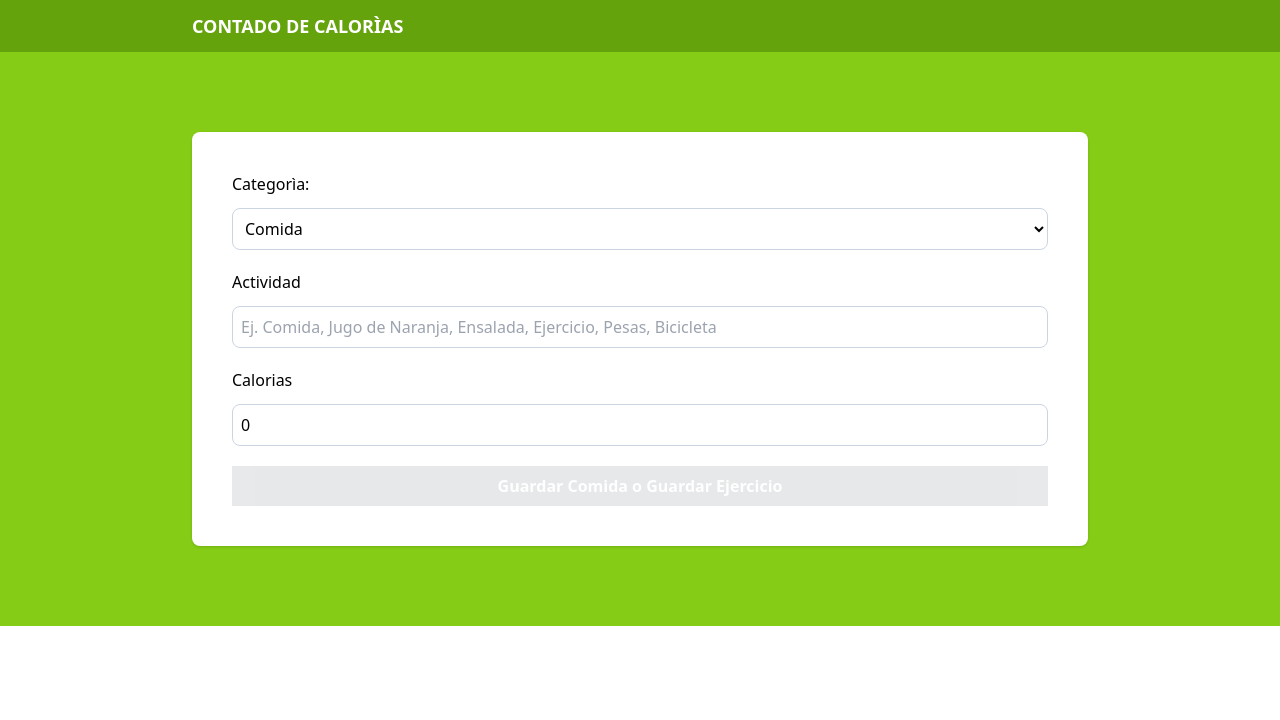
Repository: Matiiu/calorie-tracker
Page: /
The author's editor kept a copy of each file at every save. The page is drawn from the files as they stood at one save, then again after the next save.
The browser window is 1280 px wide. The pictures show the whole page.
The project was rebuilt for these pictures with package versions that can differ from the ones it lists, and the page was loaded fresh each time. Also part of the build but not shown: vite.config.ts.

Above is the page before, as saved 2024-04-01 11:27:31.

### index.html
<!doctype html>
<html lang="en">
  <head>
    <meta charset="UTF-8" />
    <link rel="icon" type="image/svg+xml" href="/vite.svg" />
    <meta name="viewport" content="width=device-width, initial-scale=1.0" />
    <title>Contador de Calorías - React</title>
  </head>
  <body>
    <div id="root"></div>
    <script type="module" src="/src/main.tsx"></script>
  </body>
</html>

### src/App.tsx
import Header from "./components/Header";
import Form from "./components/Form";
export default function App() {
  return (
    <>
      <Header />

      <section className="bg-lime-500 py-20 px-5">
        <div className="max-w-4xl mx-auto">
          <Form />
        </div>
      </section>
    </>
  );
}

### src/components/Header.tsx
export default function Header() {
  return (
    <header className="bg-lime-600 py-3">
      <div className="max-w-4xl mx-auto flex justify-between">
        <h1 className="text-center text-lg font-bold text-white uppercase">
          Contado de Calorìas
        </h1>
      </div>
    </header>
  );
}

### src/components/Form.tsx
import { useState, ChangeEvent } from "react";
import { categories } from "../data/categories";
import type { Activity } from "../types";

export default function Form() {
  const [activity, setActivity] = useState<Activity>({
    category: 1,
    activityName: "",
    calories: 0,
  });

  const handleChange = (
    e: ChangeEvent<HTMLInputElement | HTMLSelectElement>
  ) => {
    // Validamos si es un campo numérico
    const isNumberFiled = ["category", "calories"].includes(e.target.id);
    // Si lo es convertimos el dato a numérico
    setActivity({
      ...activity,
      [e.target.id]: isNumberFiled ? +e.target.value : e.target.value,
    });
  };

  const isValidateActivity = () => {
    const { activityName, calories } = activity;
    // Validamos que el campo actividad y calorías estén diligenciados
    return !!(activityName || "").trim() && calories > 0;
  };

  const valueSubmit = () => {
    const categoriesObject = categories.reduce(
      (accumulator: Record<number, string>, current) => {
        accumulator[current.id] = current.name;
        return accumulator;
      },
      {}
    );
    return categoriesObject[activity.category];
  };

  return (
    <form className="space-y-5 bg-white shadow p-10 rounded-lg">
      <div className="grid grid-cols-1 gap-3">
        <label htmlFor="category">Categorìa:</label>
        <select
          name="category"
          id="category"
          className="border border-slate-300 p-2 rounded-lg w-full bg-white"
          value={activity.category}
          onChange={handleChange}
        >
          {categories.map((category) => (
            <option key={category.id} value={category.id}>
              {category.name}
            </option>
          ))}
        </select>
      </div>

      <div className="grid grid-cols-1 gap-3">
        <label htmlFor="activityName">Actividad</label>
        <input
          id="activityName"
          name="activityName"
          type="text"
          className="border border-slate-300 p-2 rounded-lg"
          placeholder="Ej. Comida, Jugo de Naranja, Ensalada, Ejercicio, Pesas, Bicicleta"
          value={activity.activityName}
          onChange={handleChange}
        />
      </div>

      <div className="grid grid-cols-1 gap-3">
        <label htmlFor="calories">Calorias</label>
        <input
          id="calories"
          name="calories"
          type="number"
          className="border border-slate-300 p-2 rounded-lg"
          placeholder="Ej. 300 o 500"
          min={0}
          value={activity.calories}
          onChange={handleChange}
        />
      </div>

      <input
        type="submit"
        className="bg-gray-800 hover:bg-gray-900 w-full p-2 font-bold text-white cursor-pointer disabled:opacity-10 disabled:cursor-auto"
        value="Guardar Comida o Guardar Ejercicio"
        disabled={!isValidateActivity()}
      />
    </form>
  );
}

### src/data/categories.ts
import { Category } from "../types";

export const categories: Category[] = [
  { id: 1, name: "Comida" },
  { id: 2, name: "Ejercicio" },
];

Loaded but not shown: src/main.tsx (common file); src/index.css (common file); tailwind.config.js (common file)

After the next save:
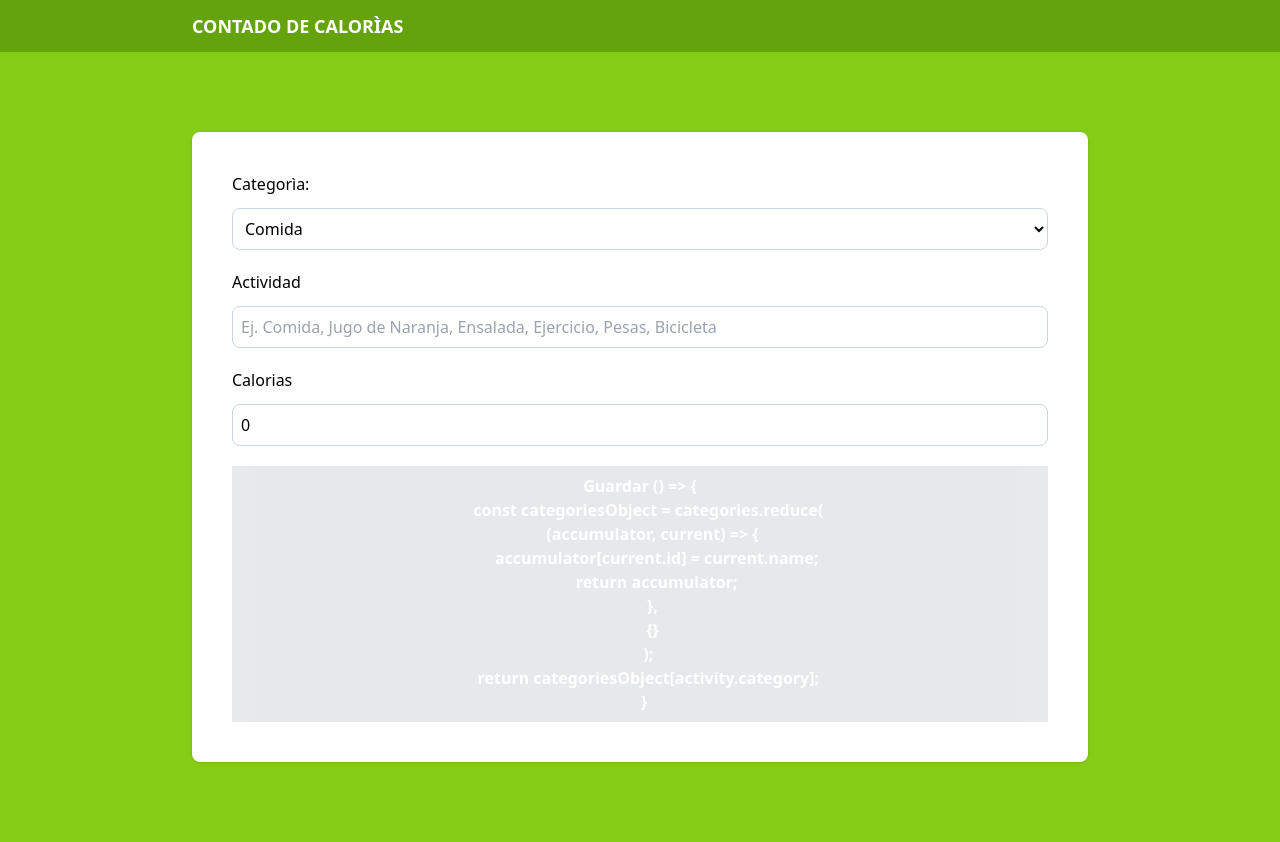
Saved 67 s later.
--- a/src/components/Form.tsx
+++ b/src/components/Form.tsx
@@ -27,7 +27,7 @@ export default function Form() {
     return !!(activityName || "").trim() && calories > 0;
   };
 
-  const valueSubmit = () => {
+  const nameSubmit = () => {
     const categoriesObject = categories.reduce(
       (accumulator: Record<number, string>, current) => {
         accumulator[current.id] = current.name;
@@ -87,7 +87,7 @@ export default function Form() {
       <input
         type="submit"
         className="bg-gray-800 hover:bg-gray-900 w-full p-2 font-bold text-white cursor-pointer disabled:opacity-10 disabled:cursor-auto"
-        value="Guardar Comida o Guardar Ejercicio"
+        value={`Guardar ${nameSubmit}`}
         disabled={!isValidateActivity()}
       />
     </form>
